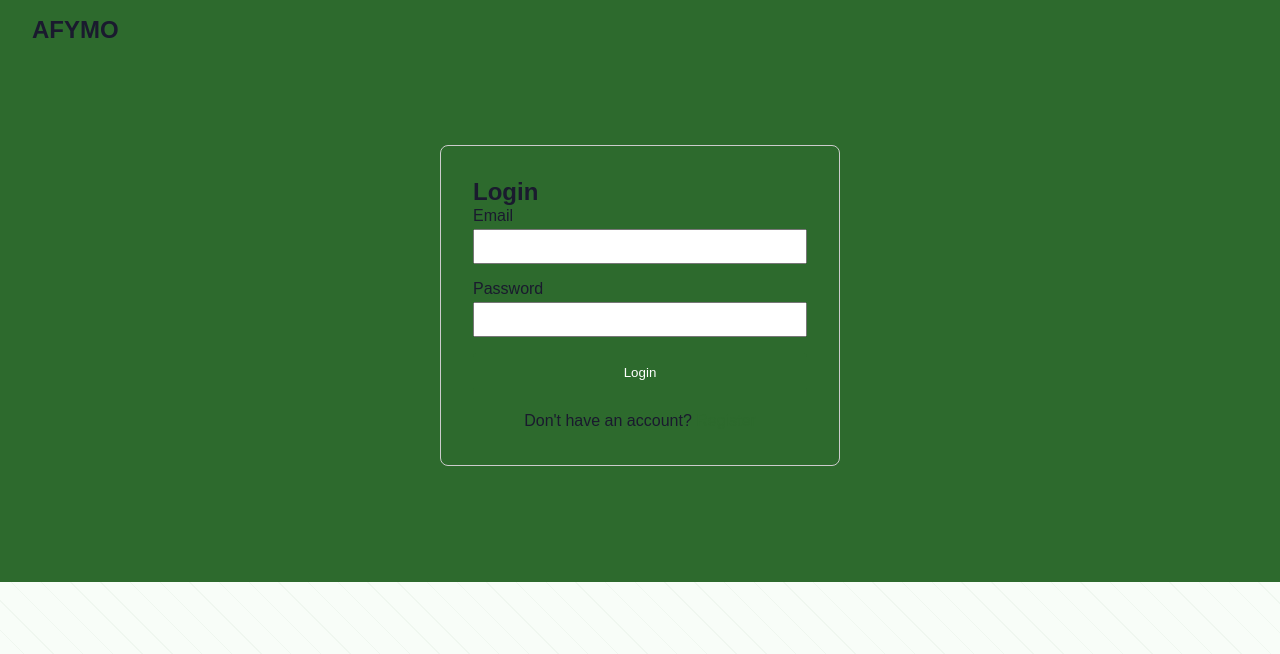
Repository: Bogo02/PhysioApp
Page: /login (app in physioapp-frontend/)
These files come from the project's save history. The page is drawn as it stood at one moment and after the next save; the edit follows.
The browser window is 1280 px wide. The pictures show the whole page.
The project was rebuilt for these pictures with package versions that can differ from the ones it lists, and the page was loaded fresh each time. Also part of the build but not shown: physioapp-frontend/vite.config.js, physioapp-frontend/src/pages/Home.jsx, physioapp-frontend/src/pages/Register.jsx, physioapp-frontend/src/pages/Dashboard.jsx, physioapp-frontend/src/pages/Appointments.jsx, physioapp-frontend/src/pages/BookAppointment.jsx, physioapp-frontend/src/pages/Profile.jsx, physioapp-frontend/src/pages/Services.jsx and 2 more.

Above is the page before, as saved 2026-06-08 15:07:55.

### physioapp-frontend/index.html
<!doctype html>
<html lang="en">
  <head>
    <meta charset="UTF-8" />
    <link rel="icon" type="image/svg+xml" href="/favicon.svg" />
    <meta name="viewport" content="width=device-width, initial-scale=1.0" />
    <title>physioapp-frontend</title>
  </head>
  <body>
    <div id="root"></div>
    <script type="module" src="/src/main.jsx"></script>
  </body>
</html>

### physioapp-frontend/src/main.jsx
import { StrictMode } from 'react'
import { createRoot } from 'react-dom/client'
import './index.css'
import App from './App.jsx'

createRoot(document.getElementById('root')).render(
  <StrictMode>
    <App />
  </StrictMode>
)

### physioapp-frontend/src/index.css
* {
  margin: 0;
  padding: 0;
  box-sizing: border-box;
}

body {
  font-family: 'Plus Jakarta Sans', sans-serif;
  background-color: #f8fdf8;
  background-image: repeating-linear-gradient(
    45deg,
    transparent,
    transparent 20px,
    rgba(45, 106, 45, 0.04) 20px,
    rgba(45, 106, 45, 0.04) 21px
  );
  color: #1a1a2e;
  -webkit-font-smoothing: antialiased;
}

h1, h2, h3, h4 {
  font-weight: 700;
  line-height: 1.2;
}

p {
  line-height: 1.6;
}

button {
  font-family: 'Plus Jakarta Sans', sans-serif;
  font-weight: 500;
  transition: opacity 0.2s ease;
}

button:hover {
  opacity: 0.85;
}

a {
  color: #2d6a2d;
  text-decoration: none;
}

a:hover {
  text-decoration: underline;
}

::-webkit-scrollbar {
  width: 6px;
}

::-webkit-scrollbar-track {
  background: #f1f5f9;
}

::-webkit-scrollbar-thumb {
  background: #2d6a2d;
  border-radius: 3px;
}

.swiper-button-next,
.swiper-button-prev {
  color: #2d6a2d !important;
}

.swiper-pagination-bullet-active {
  background: #2d6a2d !important;
}

.hex-bg {
  background-color: #ffffff;
  background-image: url("data:[embedded picture, 530 characters]");
}

### physioapp-frontend/src/App.jsx
import { BrowserRouter, Routes, Route } from 'react-router-dom'
import Home from './pages/Home'
import Login from './pages/Login'
import Register from './pages/Register'
import Dashboard from './pages/Dashboard'
import Appointments from './pages/Appointments'
import BookAppointment from './pages/BookAppointment'
import Profile from './pages/Profile'
import Services from './pages/Services'
import TherapistDashboard from './pages/TherapistDashboard'
import AdminPanel from './pages/AdminPanel'

function App() {
  return (
    <BrowserRouter>
      <Routes>
        <Route path="/" element={<Home />} />
        <Route path="/login" element={<Login />} />
        <Route path="/register" element={<Register />} />
        <Route path="/dashboard" element={<Dashboard />} />
        <Route path="/appointments" element={<Appointments />} />
        <Route path="/appointments/book" element={<BookAppointment />} />
        <Route path="/profile" element={<Profile />} />
        <Route path="/services" element={<Services />} />
        <Route path="/therapist" element={<TherapistDashboard/>} />
        <Route path="/admin" element={<AdminPanel/>} />

      </Routes>
    </BrowserRouter>
  )
}

export default App

### physioapp-frontend/src/pages/Login.jsx
import { useState } from 'react'
import axios from 'axios'
import { useNavigate } from 'react-router-dom'

function Login() {
  const [email, setEmail] = useState('')
  const [password, setPassword] = useState('')
  const [error, setError] = useState('')
  const navigate = useNavigate()

  const handleLogin = async (e) => {
    e.preventDefault()
    try {
      const response = await axios.post('http://localhost:8080/api/auth/login', {
        email,
        password
      })
      localStorage.setItem('token', response.data.token)
      localStorage.setItem('role', response.data.role)
      localStorage.setItem('email', response.data.email)
      navigate('/')
    } catch (err) {
      setError('Invalid email or password')
    }
  }

  return (
    <div style={{ padding: '1rem 2rem', background: '#2d6a2d' }}>
        <h2 style={{ margin: 0, cursor: 'pointer' }} onClick={() => navigate('/')}>AFYMO</h2>
    <div style={{ maxWidth: '400px', margin: '100px auto', padding: '2rem', border: '1px solid #ccc', borderRadius: '8px' }}>
      <h2>Login</h2>
      {error && <p style={{ color: 'red' }}>{error}</p>}
      <form onSubmit={handleLogin}>
        <div style={{ marginBottom: '1rem' }}>
          <label>Email</label>
          <input
            type="email"
            value={email}
            onChange={(e) => setEmail(e.target.value)}
            style={{ display: 'block', width: '100%', padding: '0.5rem', marginTop: '0.25rem' }}
          />
        </div>
        <div style={{ marginBottom: '1rem' }}>
          <label>Password</label>
          <input
            type="password"
            value={password}
            onChange={(e) => setPassword(e.target.value)}
            style={{ display: 'block', width: '100%', padding: '0.5rem', marginTop: '0.25rem' }}
          />
        </div>
        <button type="submit" style={{ width: '100%', padding: '0.75rem', background: '#2d6a2d', color: 'white', border: 'none', borderRadius: '4px', cursor: 'pointer' }}>
          Login
        </button>
      </form>
      <p style={{ marginTop: '1rem', textAlign: 'center' }}>
        Don't have an account? <a href="/register">Register</a>
      </p>
    </div>
    </div>
  )
}

export default Login

After the next save:
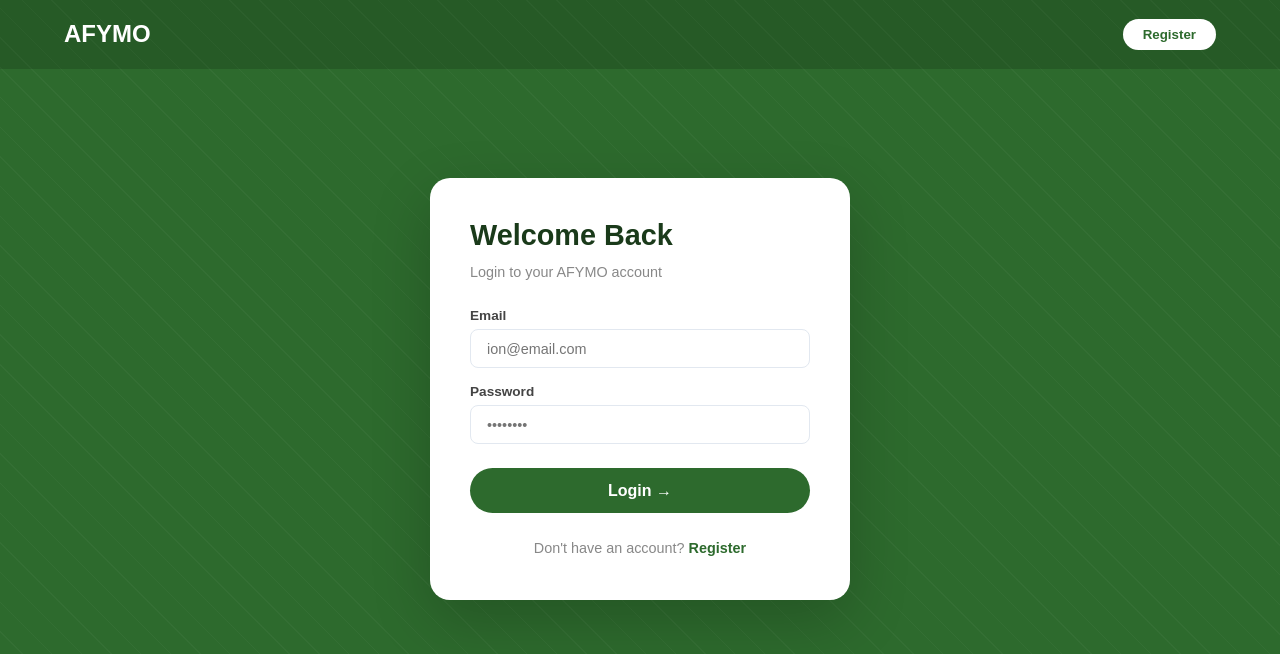
Saved 86 min 27 s later.
--- a/physioapp-frontend/src/pages/Login.jsx
+++ b/physioapp-frontend/src/pages/Login.jsx
@@ -11,10 +11,7 @@
   const handleLogin = async (e) => {
     e.preventDefault()
     try {
-      const response = await axios.post('http://localhost:8080/api/auth/login', {
-        email,
-        password
-      })
+      const response = await axios.post('http://localhost:8080/api/auth/login', { email, password })
       localStorage.setItem('token', response.data.token)
       localStorage.setItem('role', response.data.role)
       localStorage.setItem('email', response.data.email)
@@ -25,38 +22,74 @@
   }
 
   return (
-    <div style={{ padding: '1rem 2rem', background: '#2d6a2d' }}>
-        <h2 style={{ margin: 0, cursor: 'pointer' }} onClick={() => navigate('/')}>AFYMO</h2>
-    <div style={{ maxWidth: '400px', margin: '100px auto', padding: '2rem', border: '1px solid #ccc', borderRadius: '8px' }}>
-      <h2>Login</h2>
-      {error && <p style={{ color: 'red' }}>{error}</p>}
-      <form onSubmit={handleLogin}>
-        <div style={{ marginBottom: '1rem' }}>
-          <label>Email</label>
-          <input
-            type="email"
-            value={email}
-            onChange={(e) => setEmail(e.target.value)}
-            style={{ display: 'block', width: '100%', padding: '0.5rem', marginTop: '0.25rem' }}
-          />
+    <div style={{
+      minHeight: '100vh', background: '#2d6a2d',
+      backgroundImage: 'repeating-linear-gradient(45deg, transparent, transparent 20px, rgba(255,255,255,0.03) 20px, rgba(255,255,255,0.03) 21px)'
+    }}>
+      <nav style={{
+        display: 'flex', justifyContent: 'space-between', alignItems: 'center',
+        padding: '1.2rem 4rem', background: 'rgba(0,0,0,0.15)'
+      }}>
+        <h2 style={{ margin: 0, cursor: 'pointer', color: 'white', fontSize: '1.5rem', fontWeight: '800' }}
+          onClick={() => navigate('/')}>AFYMO</h2>
+        <button onClick={() => navigate('/register')} style={{
+          padding: '0.5rem 1.25rem', background: 'white', color: '#2d6a2d',
+          border: 'none', borderRadius: '999px', cursor: 'pointer', fontWeight: '700'
+        }}>Register</button>
+      </nav>
+
+      <div style={{
+        display: 'flex', alignItems: 'center', justifyContent: 'center',
+        minHeight: 'calc(100vh - 80px)', padding: '2rem'
+      }}>
+        <div style={{
+          background: 'white', borderRadius: '20px', padding: '2.5rem',
+          width: '100%', maxWidth: '420px', boxShadow: '0 20px 60px rgba(0,0,0,0.2)'
+        }}>
+          <h2 style={{ color: '#1a3a1a', margin: '0 0 0.5rem', fontSize: '1.8rem', fontWeight: '800' }}>Welcome Back</h2>
+          <p style={{ color: '#888', margin: '0 0 1.5rem', fontSize: '0.9rem' }}>Login to your AFYMO account</p>
+
+          {error && (
+            <div style={{
+              background: '#fee2e2', color: '#991b1b', padding: '0.75rem 1rem',
+              borderRadius: '8px', marginBottom: '1rem', fontSize: '0.9rem'
+            }}>{error}</div>
+          )}
+
+          <form onSubmit={handleLogin} style={{ display: 'flex', flexDirection: 'column', gap: '1rem' }}>
+            <div>
+              <label style={{ color: '#444', fontSize: '0.85rem', fontWeight: '600', display: 'block', marginBottom: '0.4rem' }}>Email</label>
+              <input type="email" value={email} onChange={e => setEmail(e.target.value)}
+                placeholder="ion@email.com"
+                style={{
+                  width: '100%', padding: '0.65rem 1rem', borderRadius: '8px',
+                  border: '1.5px solid #e2e8f0', fontFamily: 'inherit', fontSize: '0.9rem',
+                  boxSizing: 'border-box', outline: 'none'
+                }} />
+            </div>
+            <div>
+              <label style={{ color: '#444', fontSize: '0.85rem', fontWeight: '600', display: 'block', marginBottom: '0.4rem' }}>Password</label>
+              <input type="password" value={password} onChange={e => setPassword(e.target.value)}
+                placeholder="••••••••"
+                style={{
+                  width: '100%', padding: '0.65rem 1rem', borderRadius: '8px',
+                  border: '1.5px solid #e2e8f0', fontFamily: 'inherit', fontSize: '0.9rem',
+                  boxSizing: 'border-box', outline: 'none'
+                }} />
+            </div>
+            <button type="submit" style={{
+              width: '100%', padding: '0.85rem', background: '#2d6a2d', color: 'white',
+              border: 'none', borderRadius: '999px', cursor: 'pointer',
+              fontWeight: '700', fontSize: '1rem', fontFamily: 'inherit', marginTop: '0.5rem'
+            }}>Login →</button>
+          </form>
+
+          <p style={{ textAlign: 'center', marginTop: '1.5rem', color: '#888', fontSize: '0.9rem' }}>
+            Don't have an account?{' '}
+            <span onClick={() => navigate('/register')} style={{ color: '#2d6a2d', fontWeight: '600', cursor: 'pointer' }}>Register</span>
+          </p>
         </div>
-        <div style={{ marginBottom: '1rem' }}>
-          <label>Password</label>
-          <input
-            type="password"
-            value={password}
-            onChange={(e) => setPassword(e.target.value)}
-            style={{ display: 'block', width: '100%', padding: '0.5rem', marginTop: '0.25rem' }}
-          />
-        </div>
-        <button type="submit" style={{ width: '100%', padding: '0.75rem', background: '#2d6a2d', color: 'white', border: 'none', borderRadius: '4px', cursor: 'pointer' }}>
-          Login
-        </button>
-      </form>
-      <p style={{ marginTop: '1rem', textAlign: 'center' }}>
-        Don't have an account? <a href="/register">Register</a>
-      </p>
-    </div>
+      </div>
     </div>
   )
 }

After the save that followed:
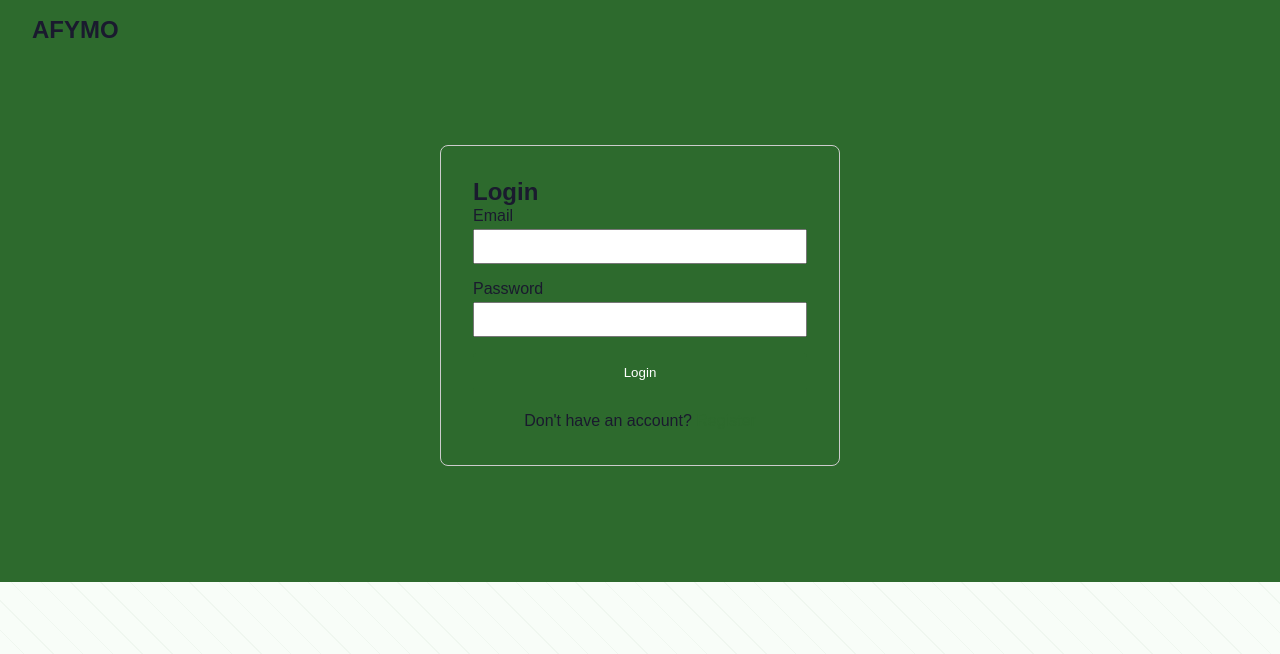
Saved 13 s later.
--- a/physioapp-frontend/src/pages/Login.jsx
+++ b/physioapp-frontend/src/pages/Login.jsx
@@ -11,7 +11,10 @@
   const handleLogin = async (e) => {
     e.preventDefault()
     try {
-      const response = await axios.post('http://localhost:8080/api/auth/login', { email, password })
+      const response = await axios.post('http://localhost:8080/api/auth/login', {
+        email,
+        password
+      })
       localStorage.setItem('token', response.data.token)
       localStorage.setItem('role', response.data.role)
       localStorage.setItem('email', response.data.email)
@@ -22,74 +25,38 @@
   }
 
   return (
-    <div style={{
-      minHeight: '100vh', background: '#2d6a2d',
-      backgroundImage: 'repeating-linear-gradient(45deg, transparent, transparent 20px, rgba(255,255,255,0.03) 20px, rgba(255,255,255,0.03) 21px)'
-    }}>
-      <nav style={{
-        display: 'flex', justifyContent: 'space-between', alignItems: 'center',
-        padding: '1.2rem 4rem', background: 'rgba(0,0,0,0.15)'
-      }}>
-        <h2 style={{ margin: 0, cursor: 'pointer', color: 'white', fontSize: '1.5rem', fontWeight: '800' }}
-          onClick={() => navigate('/')}>AFYMO</h2>
-        <button onClick={() => navigate('/register')} style={{
-          padding: '0.5rem 1.25rem', background: 'white', color: '#2d6a2d',
-          border: 'none', borderRadius: '999px', cursor: 'pointer', fontWeight: '700'
-        }}>Register</button>
-      </nav>
-
-      <div style={{
-        display: 'flex', alignItems: 'center', justifyContent: 'center',
-        minHeight: 'calc(100vh - 80px)', padding: '2rem'
-      }}>
-        <div style={{
-          background: 'white', borderRadius: '20px', padding: '2.5rem',
-          width: '100%', maxWidth: '420px', boxShadow: '0 20px 60px rgba(0,0,0,0.2)'
-        }}>
-          <h2 style={{ color: '#1a3a1a', margin: '0 0 0.5rem', fontSize: '1.8rem', fontWeight: '800' }}>Welcome Back</h2>
-          <p style={{ color: '#888', margin: '0 0 1.5rem', fontSize: '0.9rem' }}>Login to your AFYMO account</p>
-
-          {error && (
-            <div style={{
-              background: '#fee2e2', color: '#991b1b', padding: '0.75rem 1rem',
-              borderRadius: '8px', marginBottom: '1rem', fontSize: '0.9rem'
-            }}>{error}</div>
-          )}
-
-          <form onSubmit={handleLogin} style={{ display: 'flex', flexDirection: 'column', gap: '1rem' }}>
-            <div>
-              <label style={{ color: '#444', fontSize: '0.85rem', fontWeight: '600', display: 'block', marginBottom: '0.4rem' }}>Email</label>
-              <input type="email" value={email} onChange={e => setEmail(e.target.value)}
-                placeholder="ion@email.com"
-                style={{
-                  width: '100%', padding: '0.65rem 1rem', borderRadius: '8px',
-                  border: '1.5px solid #e2e8f0', fontFamily: 'inherit', fontSize: '0.9rem',
-                  boxSizing: 'border-box', outline: 'none'
-                }} />
-            </div>
-            <div>
-              <label style={{ color: '#444', fontSize: '0.85rem', fontWeight: '600', display: 'block', marginBottom: '0.4rem' }}>Password</label>
-              <input type="password" value={password} onChange={e => setPassword(e.target.value)}
-                placeholder="••••••••"
-                style={{
-                  width: '100%', padding: '0.65rem 1rem', borderRadius: '8px',
-                  border: '1.5px solid #e2e8f0', fontFamily: 'inherit', fontSize: '0.9rem',
-                  boxSizing: 'border-box', outline: 'none'
-                }} />
-            </div>
-            <button type="submit" style={{
-              width: '100%', padding: '0.85rem', background: '#2d6a2d', color: 'white',
-              border: 'none', borderRadius: '999px', cursor: 'pointer',
-              fontWeight: '700', fontSize: '1rem', fontFamily: 'inherit', marginTop: '0.5rem'
-            }}>Login →</button>
-          </form>
-
-          <p style={{ textAlign: 'center', marginTop: '1.5rem', color: '#888', fontSize: '0.9rem' }}>
-            Don't have an account?{' '}
-            <span onClick={() => navigate('/register')} style={{ color: '#2d6a2d', fontWeight: '600', cursor: 'pointer' }}>Register</span>
-          </p>
+    <div style={{ padding: '1rem 2rem', background: '#2d6a2d' }}>
+        <h2 style={{ margin: 0, cursor: 'pointer' }} onClick={() => navigate('/')}>AFYMO</h2>
+    <div style={{ maxWidth: '400px', margin: '100px auto', padding: '2rem', border: '1px solid #ccc', borderRadius: '8px' }}>
+      <h2>Login</h2>
+      {error && <p style={{ color: 'red' }}>{error}</p>}
+      <form onSubmit={handleLogin}>
+        <div style={{ marginBottom: '1rem' }}>
+          <label>Email</label>
+          <input
+            type="email"
+            value={email}
+            onChange={(e) => setEmail(e.target.value)}
+            style={{ display: 'block', width: '100%', padding: '0.5rem', marginTop: '0.25rem' }}
+          />
         </div>
-      </div>
+        <div style={{ marginBottom: '1rem' }}>
+          <label>Password</label>
+          <input
+            type="password"
+            value={password}
+            onChange={(e) => setPassword(e.target.value)}
+            style={{ display: 'block', width: '100%', padding: '0.5rem', marginTop: '0.25rem' }}
+          />
+        </div>
+        <button type="submit" style={{ width: '100%', padding: '0.75rem', background: '#2d6a2d', color: 'white', border: 'none', borderRadius: '4px', cursor: 'pointer' }}>
+          Login
+        </button>
+      </form>
+      <p style={{ marginTop: '1rem', textAlign: 'center' }}>
+        Don't have an account? <a href="/register">Register</a>
+      </p>
+    </div>
     </div>
   )
 }
